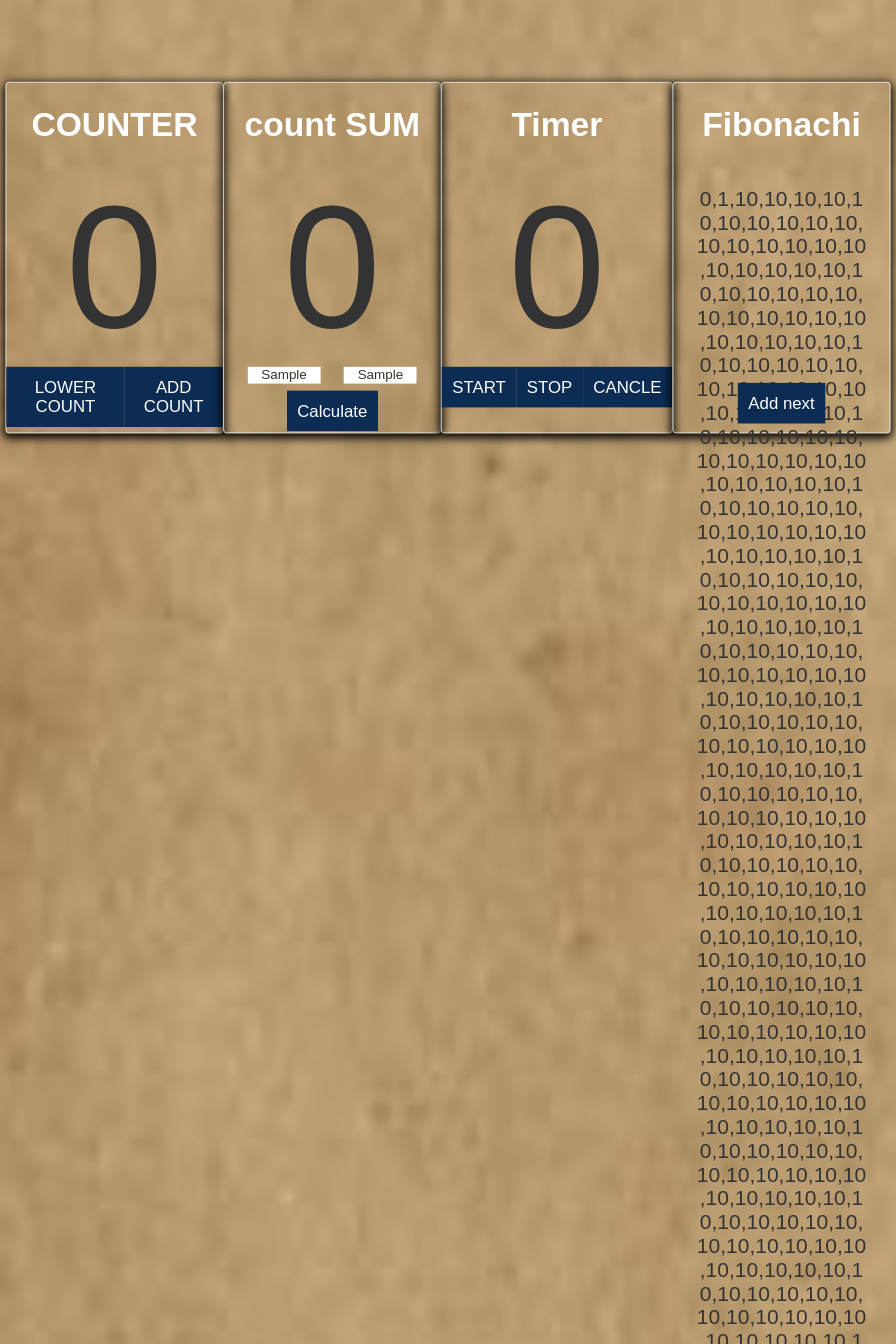
Repository: Hasmik-icml/counter
Page: index.html
These files come from the project's save history. The page is drawn as it stood at one moment and after the next save; the edit follows.
The browser window is 1280 px wide. The pictures show the part of the page from y = 0 to 1920 px (the page is 50315 px tall before and 736 px after), at 70% of full size.
Empty fields were first filled with sample values (such as "Sample", 5 or name@example.com).
After loading, the first visible `div.fibonachiButtons` was clicked once.

Above is the page before, as saved 2022-02-14 23:41:38.
Console error: RangeError: Maximum call stack size exceeded

### index.html
<!DOCTYPE html>
<html lang="en">
<head>
    <meta charset="UTF-8">
    <meta http-equiv="X-UA-Compatible" content="IE=edge">
    <meta name="viewport" content="width=device-width, initial-scale=1.0">
    <link rel="stylesheet" href="/style.css">
    <title>Document</title>
</head>
<body>
    <!-- increase decrease -->
    <div class="container">
        <h1 class="counterHeader">COUNTER</h1>
        <div class="result">0</div>
        <div class="buttons">
            <button class="buttonLower button" data-id="lower">LOWER COUNT</button>
            <button class="buttonAdd button" data-id="add">ADD COUNT</button>
    </div>
    </div>

    <!--calculate sum of two numbers  -->
    <div class="container">
        <h1 class="counterHeader">count SUM</h1>
        <div class="resultSum result">0</div>
        <div class="inputs">
            <input type="text" class="inputNumber1 input">
            <input type="text" class="inputNumber2 input">
        </div>
        <button class="calculateNumber button">Calculate</button>
        <!--  -->
    </div>
    <!-- timer -->
    <div class="container">
        <h1 class="counterHeader">Timer</h1>
        <div class="resultTimer result">0</div>
        <div class="timerButtons buttons">
            <button class="buttonStart button">START</button>
            <button class="buttonStop button">STOP</button>
            <button class="buttonCansle button">CANCLE</button>
         </div>
    </div>
    <!-- fibonachi -->
    <div class="container">
        <h1 class="counterHeader">Fibonachi</h1>
        <div class="resultFibonachi result">0,1</div>
        <div class="fibonachiButtons buttons">
            <button class="buttonStart button">Add next</button>
         </div>
    </div>

    <script src="/index.js"></script>
</body>
</html>

### style.css
body{
    display:flex;
    text-align: center;
    /* flex-direction:column;
    justify-content:center; */
    min-height:100vh;
    background-image: url("/background.png");
    background-repeat: no-repeat;
    background-size: cover;
}
.container {
    width: 500px;
    height: 500px;
    border: 1px solid white;
    border-radius: 5px;
    margin: auto;
    text-align: center;
    box-shadow: 0px 4px 13px 3px;
    display: flex;
    flex-direction: column;
    justify-content: center;
    display: inline-block;
    justify-content: center;
    vertical-align: bottom;
}
.counterHeader{
    color: white;
    font-family: sans-serif;
    font-size: xxx-large;
}
.result{
    color: #333333;
    font-family: sans-serif;
    font-size: 250px;
}
.button{
    background-color: #0c2c54;
    border-style: none;
    color: white;
    padding: 15px;
    font-family: sans-serif;
    font-size: x-large;
}
.buttons{
    display: flex;
    justify-content: space-evenly;
}

.inputs{
    display: flex;
    justify-content: space-evenly;
    margin-bottom: 10px;
}
.input{
    border: none;
    font-size: larger;
    font-family: sans-serif;
    text-align: center;
    color: #333333;
    width: 100px;
    outline: none;
}
.resultFibonachi{
    font-size: 30px;
    height: 50%;
    overflow-wrap: anywhere;
    padding: 30px;
}

### index.js
// increase decrease
const result = document.querySelector(".result");
const buttonLower = document.querySelector(".buttonLower");
const buttonAdd = document.querySelector(".buttonAdd");

buttonLower.addEventListener("click", function () {
    result.innerHTML--;
})
buttonAdd.addEventListener("click", function () {
    result.innerHTML++;
})

// second version
// document.querySelectorAll(".button").forEach(item => {
//     item.addEventListener("click", function(e){
//         console.log("Target",item.getAttribute("data-id"));
//         if (item.getAttribute("data-id") === "add"){
//             result.innerHTML++;
//         }else{
//             result.innerHTML--;
//         }
//     })
// })


// calculate sum of two numbers
document.querySelector(".calculateNumber").addEventListener("click", function () {
    const number1 = +document.querySelector(".inputNumber1").value;
    const number2 = +document.querySelector(".inputNumber2").value;
    document.querySelector(".resultSum").innerHTML = calculate(number1)(number2);

})

function calculate(num1) {
    return function (num2) {
        return num1 + num2;
    }
}

// timer
const buttonStart = document.querySelector(".buttonStart");
const buttonStop = document.querySelector(".buttonStop");
const buttonCansle = document.querySelector(".buttonCansle");
const resultTimer = document.querySelector(".resultTimer");
let interval;

buttonStart.addEventListener("click", function () {
    interval = setInterval(timerStart, 1000);
})

buttonStop.addEventListener("click", function () {
    timerStop();
})

buttonCansle.addEventListener("click", function () {
    resultTimer.innerHTML = "0";
})

function timerStart() {
    resultTimer.innerHTML++;
}

function timerStop() {
    clearInterval(interval);
}

//fibonachi
let fibonachiNumbers = [0, 1];

document.querySelector(".fibonachiButtons").addEventListener("click", function () {
    let next = fibonachiNumbers.length;


   ( function fib() {
        document.querySelector(".resultFibonachi").innerHTML += "," + fibonachiNumbers[fibonachiNumbers.length - 1] + fibonachiNumbers[fibonachiNumbers.length - 2];
        fibonachiNumbers.push(fib());

    })()


    ;
})

After the next save:
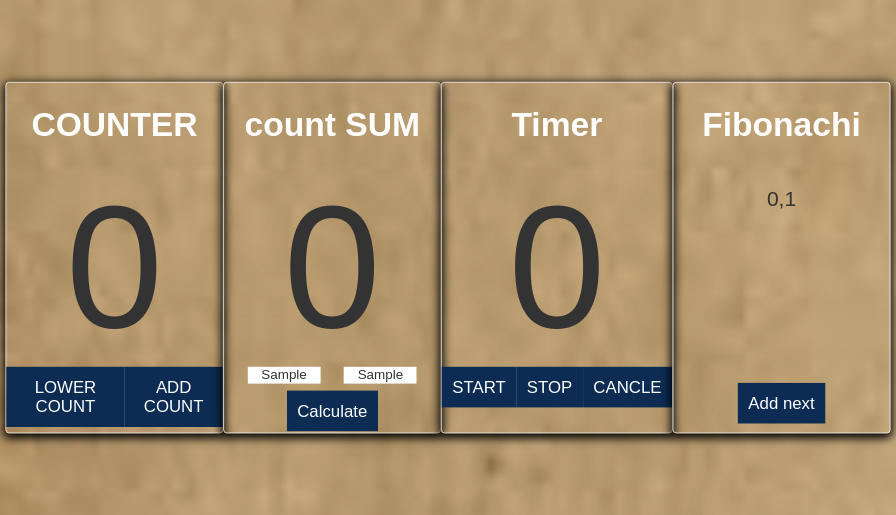
The error is gone.
Saved 5 s later.
--- a/index.js
+++ b/index.js
@@ -71,11 +71,11 @@ document.querySelector(".fibonachiButtons").addEventListener("click", function (
     let next = fibonachiNumbers.length;
 
 
-   ( function fib() {
+    function fib() {
         document.querySelector(".resultFibonachi").innerHTML += "," + fibonachiNumbers[fibonachiNumbers.length - 1] + fibonachiNumbers[fibonachiNumbers.length - 2];
         fibonachiNumbers.push(fib());
 
-    })()
+    }
 
 
     ;
